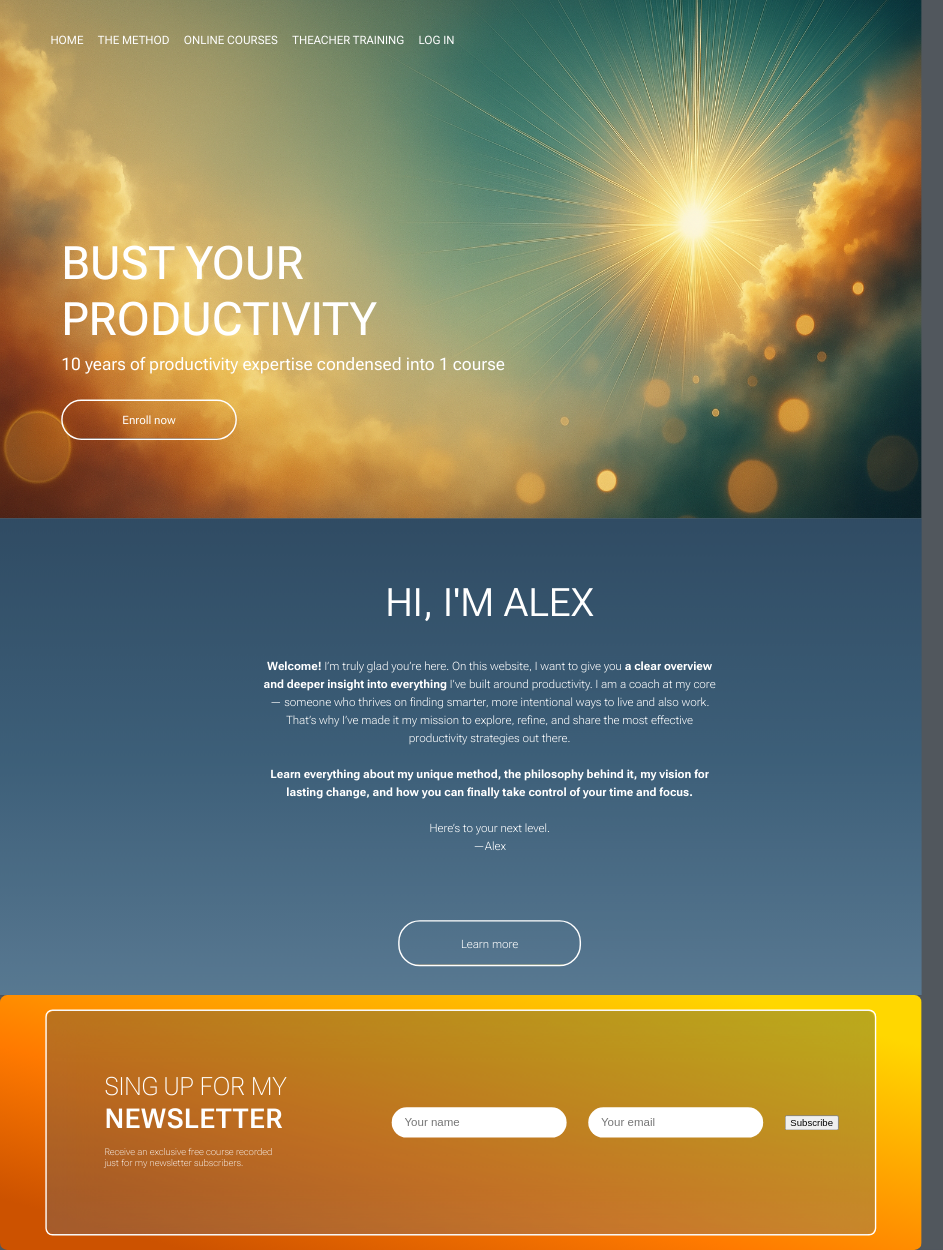
Repository: Parnicoza/testecomplete
Page: Productivity.copie.html
The author's editor kept a copy of each file at every save. The page is drawn from the files as they stood at one save, then again after the next save.
The browser window is 1280 px wide. The page is 1310 px wide, so the pictures cover 1310 px, including what lies to the right of the window. The pictures show the whole page, at 72% of full size.

Above is the page before, as saved 2025-05-29 12:57:22.

After the next save:
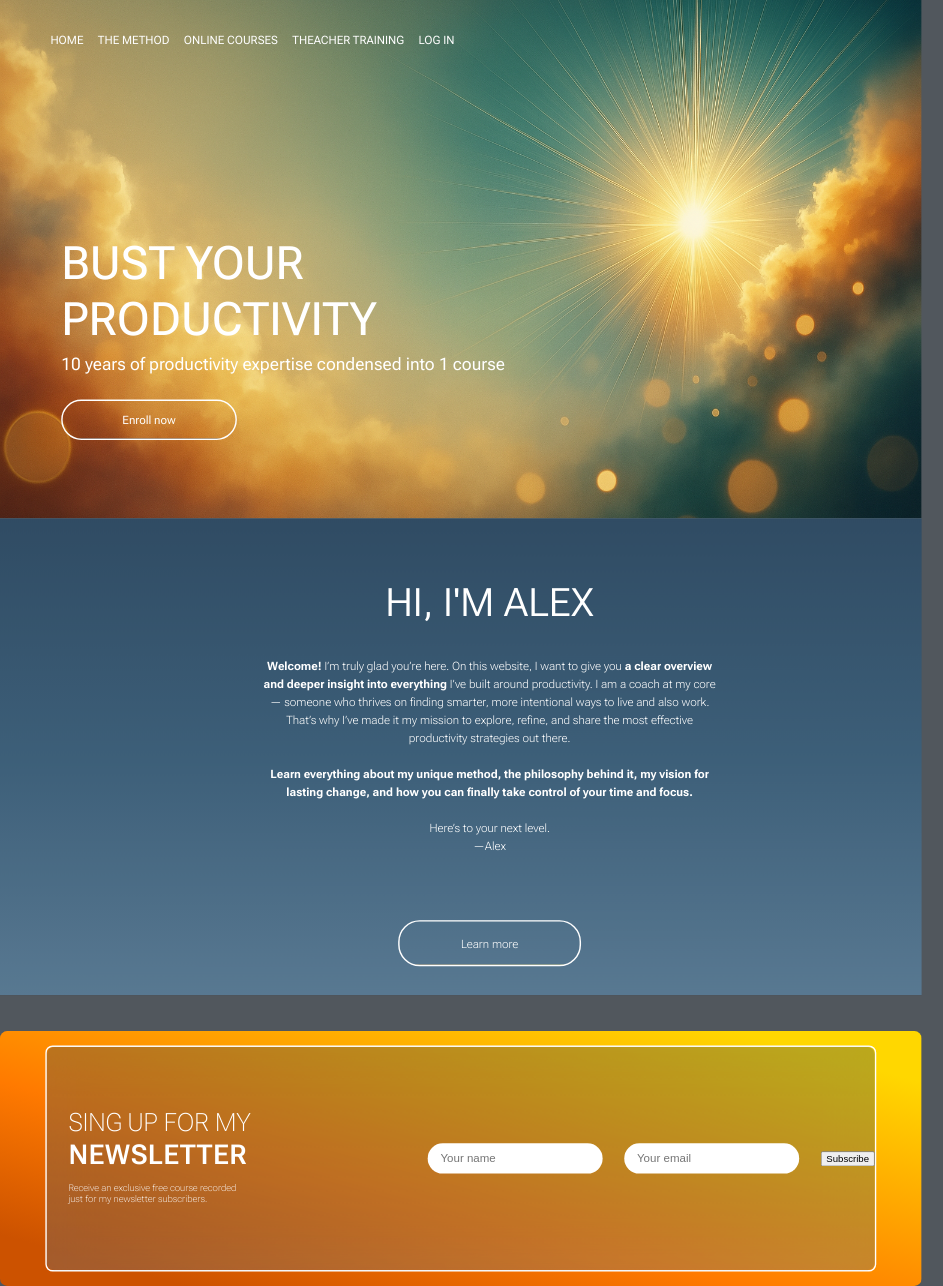
Saved 15 min 9 s later.
--- a/peoductivitate.css
+++ b/peoductivitate.css
@@ -175,6 +175,7 @@
     flex-direction: column;
     width: 100%;
     border-radius: 10px;
+    margin-top: 50px;
 }
 .singup {
     color: white;
@@ -200,10 +201,10 @@
     margin: 20px auto;
     position: relative;
     border-radius: 10px;
-
+    align-items: center;
 }
 .text{
-    margin: 50px;
+    margin: 50px auto;
     position: relative;
     z-index: 2;
     display: flex;

After the save that followed:
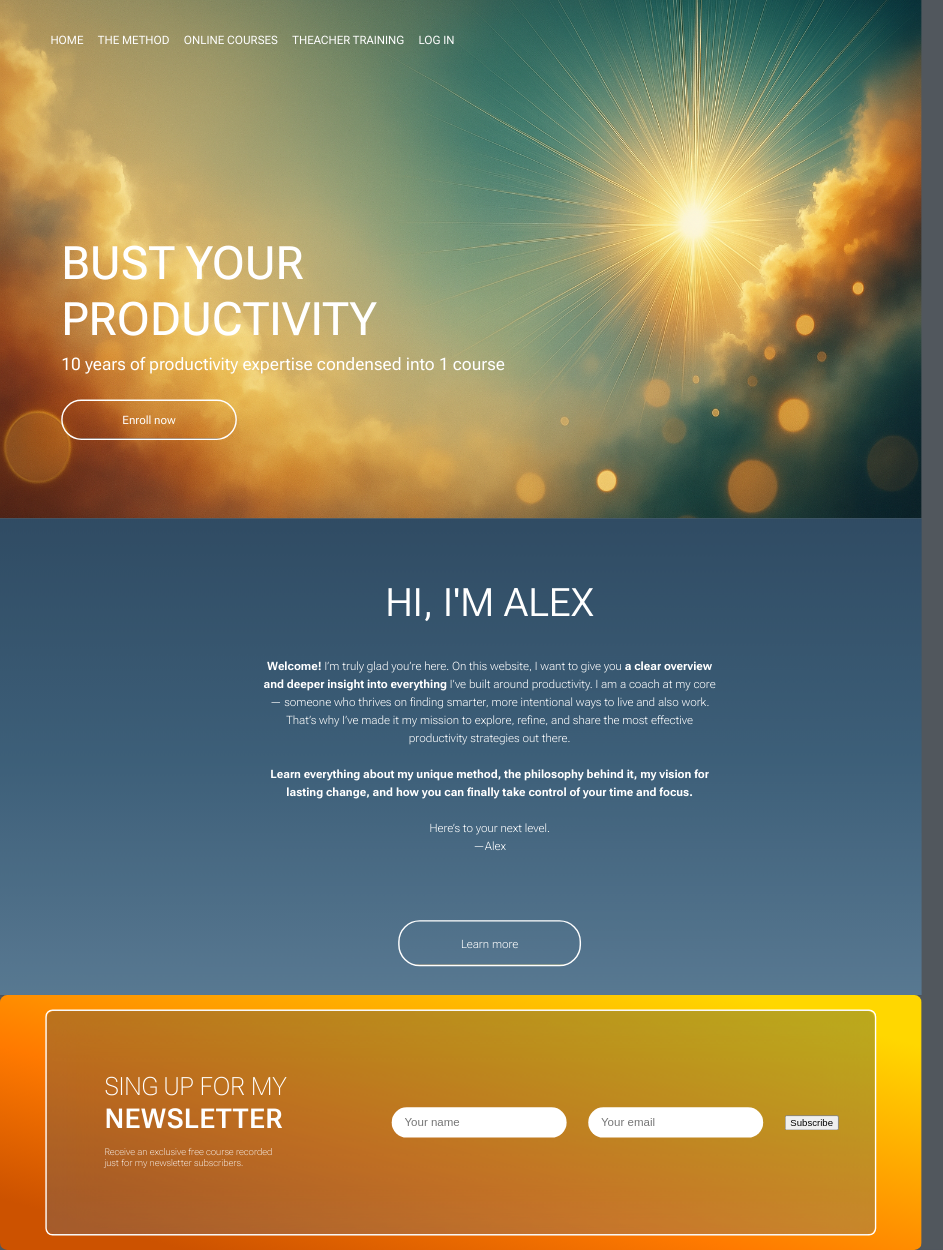
Saved 14 s later.
--- a/peoductivitate.css
+++ b/peoductivitate.css
@@ -175,7 +175,6 @@
     flex-direction: column;
     width: 100%;
     border-radius: 10px;
-    margin-top: 50px;
 }
 .singup {
     color: white;
@@ -201,10 +200,10 @@
     margin: 20px auto;
     position: relative;
     border-radius: 10px;
-    align-items: center;
+
 }
 .text{
-    margin: 50px auto;
+    margin: 50px;
     position: relative;
     z-index: 2;
     display: flex;
